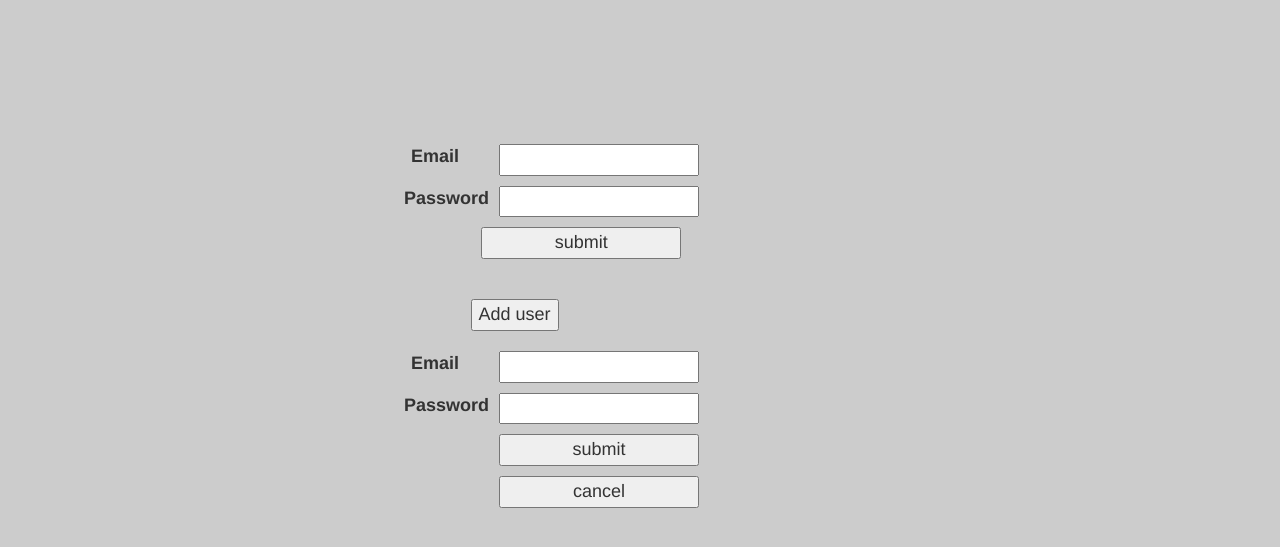
Repository: marijabroceta/ProjekatIB
Page: IB_Project_Shell/src/main/resources/static/index.html
These files come from the project's save history. The page is drawn as it stood at one moment and after the next save; the edit follows.
The browser window is 1280 px wide. The pictures show the whole page.

Above is the page before, as saved 2018-07-01 09:37:55.

### IB_Project_Shell/src/main/resources/static/index.html
<!DOCTYPE html>
<html>

<head>
<!--  <script type="text/javascript" src="js/main.js"></script>
<script src="https://ajax.googleapis.com/ajax/libs/jquery/3.3.1/jquery.min.js"></script>-->
<title>Login</title>
	<script src="js/jquery-2.1.4.min.js"></script>
	<link rel="stylesheet" type="text/css" href="bootstrap/css/bootstrap.min.css"/>
    <script src="bootstrap/js/bootstrap.min.js"></script>
    <link rel="stylesheet" type="text/css" href="css/login.css">
    <script src="js/login.js" type="text/javascript"></script>
</head>
<body>
	<!--  <a href="./user_content/cat.jpg" download>Download link for static
		files</a>
	<button type="button"  onclick="download()">Download link for
		target/files files</button>-->
	<div id="forms">
		<div id="login_form">
		    <form name="login" method="post" id="login">
		       	<label for="email">Email</label>
		 		<input type="text" id="email" name="email"><br>
		 		<label for="password">Password</label>
		 		<input type="password" id="password" name="password"><br>
		 		<input type="submit" name="submit" id="submit" value="submit" class="button" /><br/>
		    </form>
		 </div>
		 <button id="add_user">Add user</button>
	    <div id="add_form">
				<form name="add_user_form" method="post" id="add_user_form">
			       	<label id="email_lbl" for="email">Email</label>
			 		<input type="text" id="email_txt" name="email"><br>
			 		<label id="pass_lbl" for="password">Password</label>
			 		<input type="password" id="password_txt" name="password"><br>
			 		<input type="submit" name="submit" id="submit_add" value="submit" class="button" /><br>
			 		<input type="button" name="cancel" id="cancel_add" value="cancel" class="button" />
		    	</form>
			</div>
	</div>
</body>

</html>

### IB_Project_Shell/src/main/resources/static/css/login.css
#forms{
	position: absolute;
    top: 20%;
    left: 30%;
    right: 30%;
    bottom: 20%;
    font-size: 18px;
}



body {
    text-align: center;
    background: #ccc;
}
/*form {
    display: inline-block;
}*/

label,input {
 display: block;
 width: 200px;
 float: left;
 margin-left: 20px;
 margin-bottom: 10px;
}

label {
 text-align: right;
 width: 75px;
 padding-right: 20px;
}



br {
 clear: left;
}

#submit{
	margin-left: 19%;

}

#submit_add,#cancel_add{
	margin-left: 115px;
}

#add_user{
	margin-top: 30px;
	margin-bottom:20px;
	margin-right: 49%;
}

### IB_Project_Shell/src/main/resources/static/js/login.js
$(document).ready(function(){

	var submit = $('#submit');

	submit.on('click',function(e) {
		login();

		e.preventDefault();
		return false;
	})

});

function login(){
	var email = $('#email').val().trim();
	var password = $('#password').val().trim();
	var token = '';

	var data = {
		'username':email,
		'password':password
	}
	console.log(data);

	$.ajax({
		type: 'POST',
        contentType: 'application/json',
        url: 'https://localhost:8443/api/auth/login',
        data: JSON.stringify(data),
        dataType: 'json',
        crossDomain: true,
		cache: false,
		processData: false,
		success:function(response){
			var token = response.access_token;
			console.log(token);
			console.log(response);

			localStorage.setItem("token",token);
			window.location.href = "main_page.html";
		},
		error: function (jqXHR, textStatus, errorThrown) {
			alert(textStatus);
		}
	});
}

Loaded but not shown: IB_Project_Shell/src/main/resources/static/js/jquery-2.1.4.min.js (library); IB_Project_Shell/src/main/resources/static/bootstrap/css/bootstrap.min.css (library); IB_Project_Shell/src/main/resources/static/bootstrap/js/bootstrap.min.js (library)

After the next save:
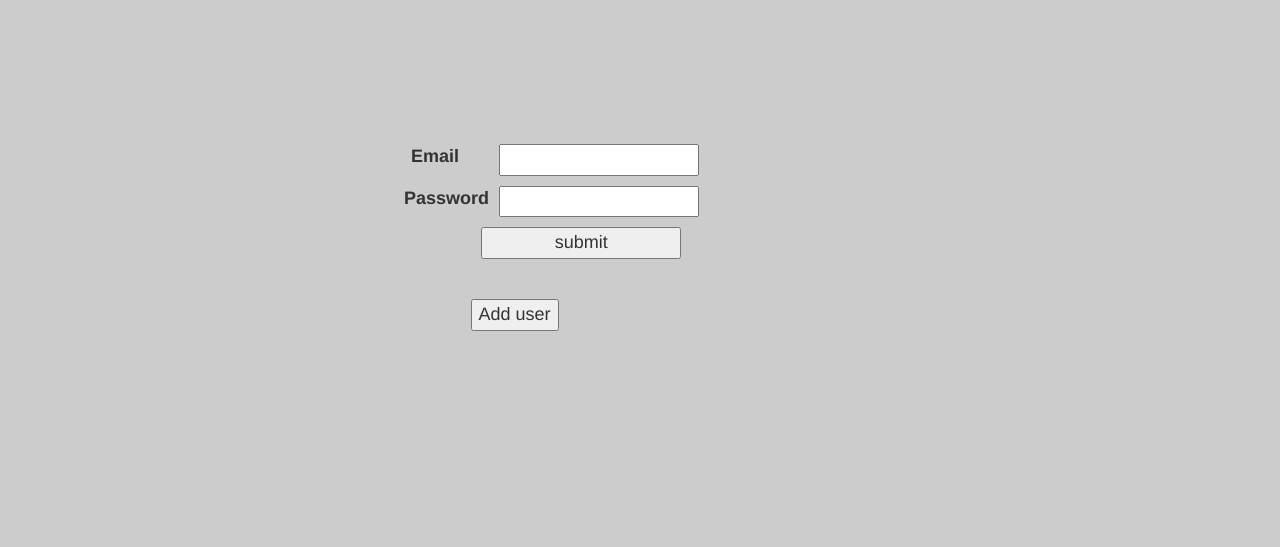
Saved 67 s later.
--- a/IB_Project_Shell/src/main/resources/static/js/login.js
+++ b/IB_Project_Shell/src/main/resources/static/js/login.js
@@ -1,6 +1,7 @@
 $(document).ready(function(){
 
 	var submit = $('#submit');
+	$('#add_form').hide();
 
 	submit.on('click',function(e) {
 		login();

After the 2 saves that followed:
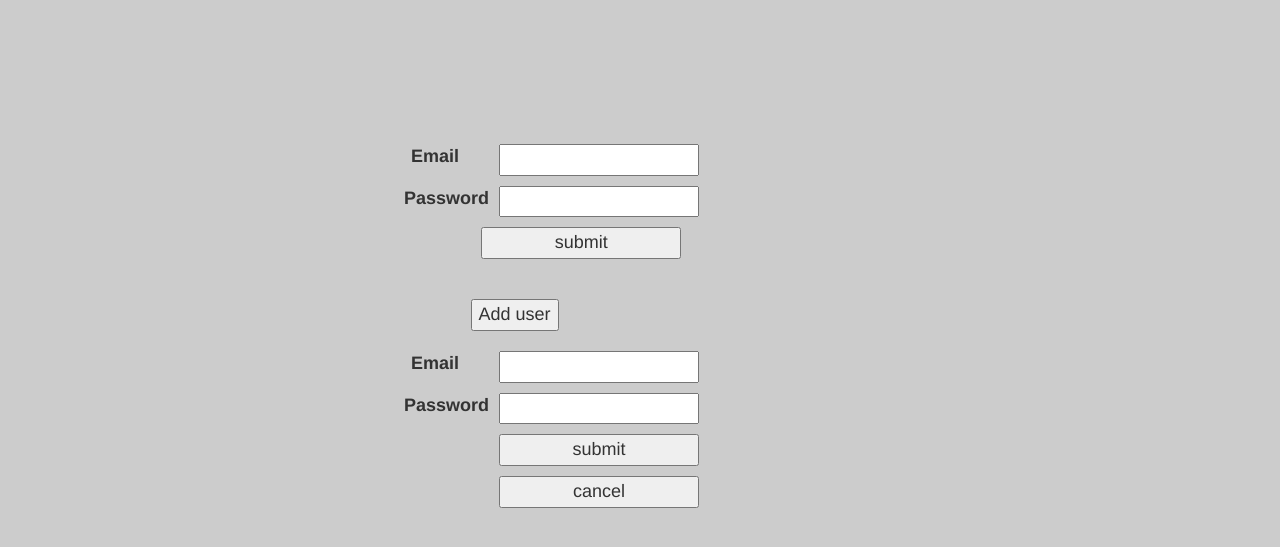
Console error: SyntaxError: Unexpected token ')'
The 2 saves are shown as one change because 1 left the picture as it was.
The last was saved 2 min 4 s later.
--- a/IB_Project_Shell/src/main/resources/static/js/login.js
+++ b/IB_Project_Shell/src/main/resources/static/js/login.js
@@ -2,6 +2,18 @@
 
 	var submit = $('#submit');
 	$('#add_form').hide();
+
+	$('#add_user').on('click',function(e){
+		$('#add_form').show();
+		e.preventDefault();
+		return false;
+	});
+
+	$('#cancel').on('click',function(e){
+		$('#add_form').hide();
+		e.preventDefault();
+		return false;
+	});
 
 	submit.on('click',function(e) {
 		login();
@@ -45,3 +57,37 @@
 		}
 	});
 }
+
+function addUser(){
+	console.log("submit");
+	var email = $('#email').val().trim();
+	var password = $('#password').val().trim();
+
+	var data = {
+			'email':email,
+			'password':password
+		}
+		console.log(data);
+		$.ajax({
+				type: 'POST',
+		        contentType: 'application/json',
+		        headers:{"Authorization" :"Bearer " + token,
+		        	"Access-Control-Allow-Origin": "*"},
+		        url: 'https://localhost:8443/api/users/save',
+		        data: JSON.stringify(data),
+		        dataType: 'json',
+		        crossDomain: true,
+				cache: false,
+				processData: false,
+				success:function(response){
+					alert("Created");
+				},
+				error: function (jqXHR, textStatus, errorThrown) {
+					console.log(jqXHR);
+					alert(textStatus);
+				}
+		});
+		e.preventDefault();
+		return false;
+	});
+}
